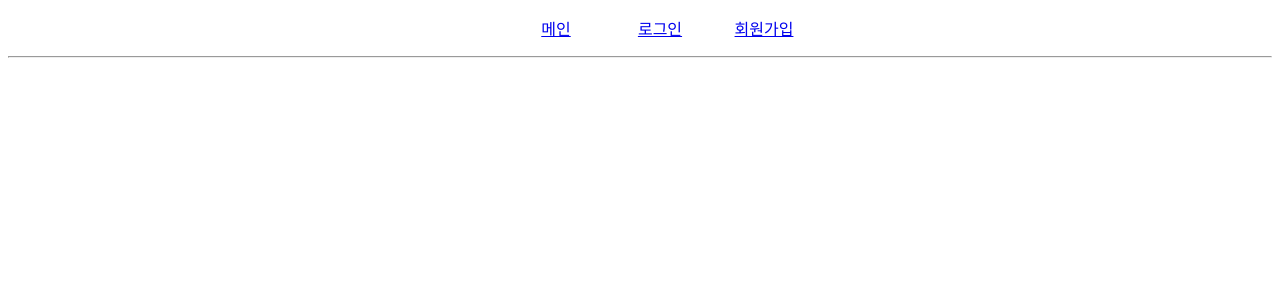
Repository: codingspecialist/jsp-weekend
Page: http://localhost/cos/layout/header.jsp
An editor plug-in stored every save of this project. The page is shown before and after the next save, followed by the edit.
The browser window is 1280 px wide. The pictures show the whole page.
The page is served by Tomcat 9. Other server files are loaded and not shown.

Above is the page before, as saved 2020-08-22 06:26:56.

### cos/WebContent/layout/header.jsp
<%@ page language="java" contentType="text/html; charset=UTF-8"
    pageEncoding="UTF-8"%>
<!DOCTYPE html>
<html>
<head>
<meta charset="UTF-8">
<title>메인페이지</title>
<style>
	ul {
		text-align: center;
	}

	li {
		display: inline-block;
		width: 100px;
	}
</style>
</head>
<body>
<ul>
	<li><a href="main.jsp">메인</a></li>
	<li><a href="login.jsp">로그인</a></li>
	<li><a href="join.jsp">회원가입</a></li>
</ul>
<hr/>

After the next save:
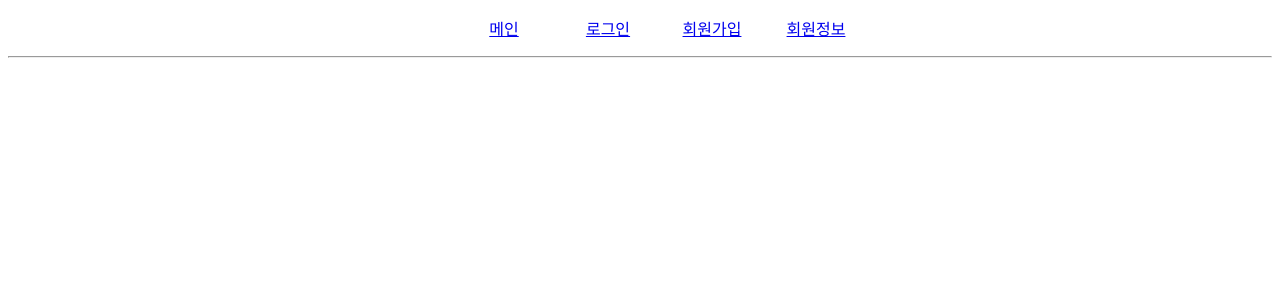
Saved 18 min 4 s later.
--- a/cos/WebContent/layout/header.jsp
+++ b/cos/WebContent/layout/header.jsp
@@ -21,5 +21,6 @@
 	<li><a href="main.jsp">메인</a></li>
 	<li><a href="login.jsp">로그인</a></li>
 	<li><a href="join.jsp">회원가입</a></li>
+	<li><a href="info.jsp">회원정보</a></li>
 </ul>
 <hr/>
